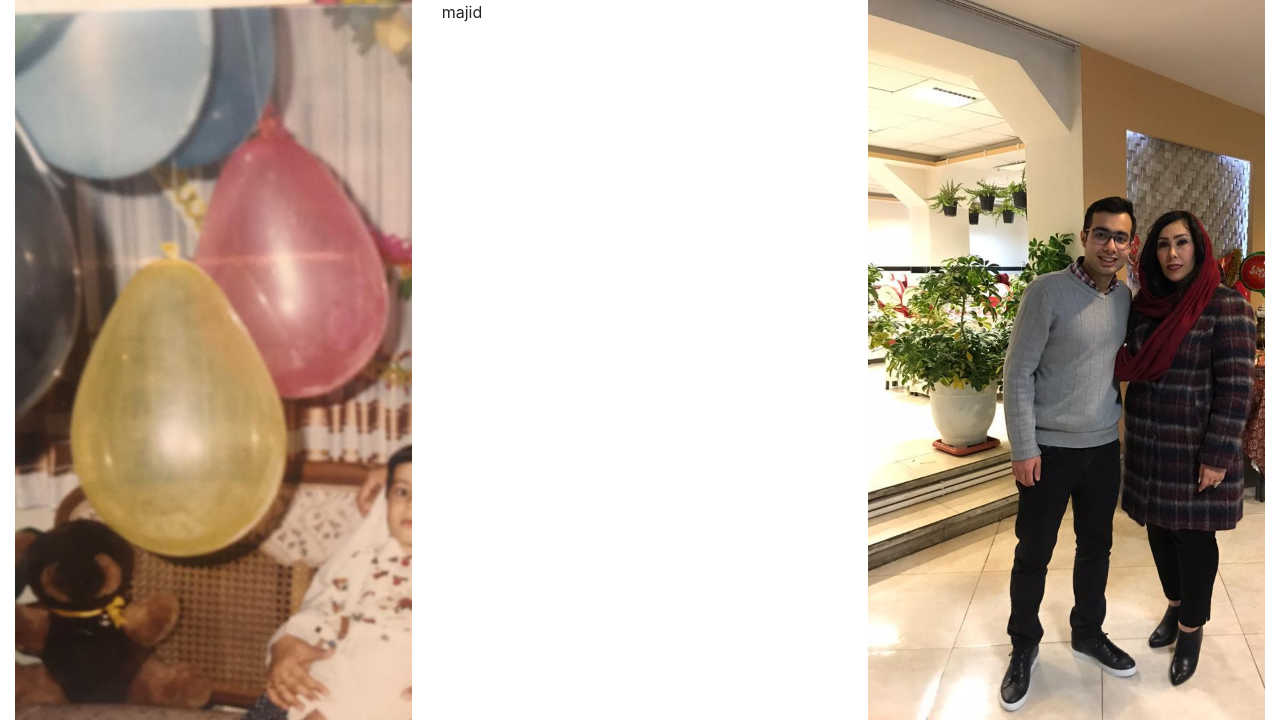
Repository: mirfarzam/mirfarzam.github.io
Page: khalelila/index.html
These files come from the project's save history. The page is drawn as it stood at one moment and after the next save; the edit follows.
The browser window is 1280 px wide. The pictures show the whole page.

Above is the page before, as saved 2020-04-30 21:13:21.

After the next save:
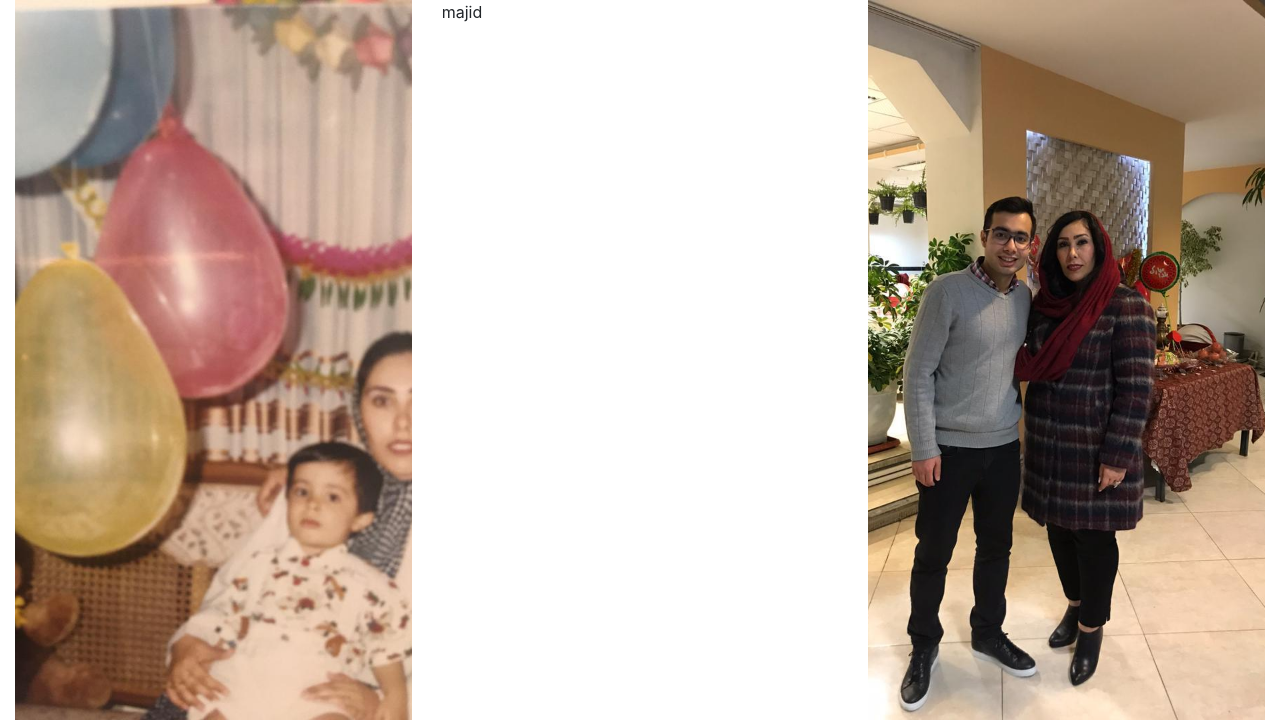
Saved 1 s later.
--- a/khalelila/index.html
+++ b/khalelila/index.html
@@ -28,7 +28,7 @@
     top:0;
     left:0;
     object-fit:cover;
-    object-position: -0px;
+    object-position: -100px;
 }
 
 </style>
